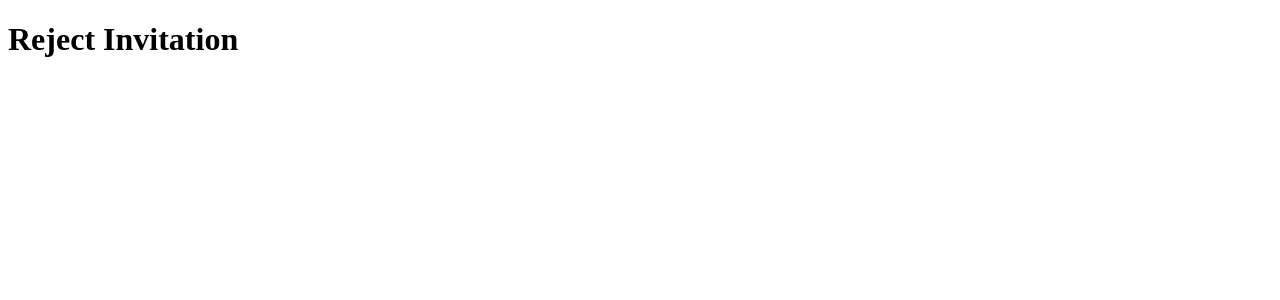
Repository: sravanigunti/Code
Page: http://localhost/LinkedinServicesClient/View/rejectInvitation.jsp
The author's editor kept a copy of each file at every save. The page is drawn from the files as they stood at one save, then again after the next save.
The browser window is 1280 px wide. The pictures show the whole page.
The page is served by Tomcat 9. Other server files are loaded and not shown.

Above is the page before, as saved 2015-05-08 08:14:43.

### Final_linkedIn_Java/LinkedinServicesClient/WebContent/View/rejectInvitation.jsp
<%@ page language="java" contentType="text/html; charset=ISO-8859-1"
    pageEncoding="ISO-8859-1"%>
<!DOCTYPE html PUBLIC "-//W3C//DTD HTML 4.01 Transitional//EN" "http://www.w3.org/TR/html4/loose.dtd">
<html>
<head>
<meta http-equiv="Content-Type" content="text/html; charset=ISO-8859-1">
<title>Reject Invitation</title>
</head>
<body>
<h1>Reject Invitation</h1>
</body>
</html>

After the next save:
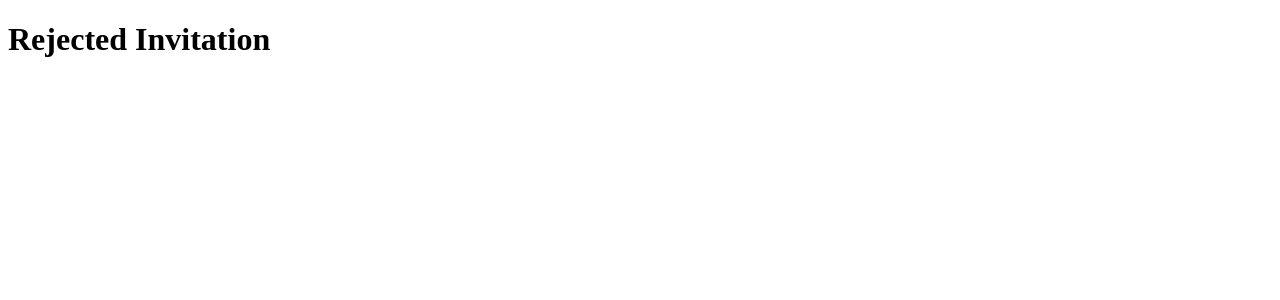
Saved 6 s later.
--- a/Final_linkedIn_Java/LinkedinServicesClient/WebContent/View/rejectInvitation.jsp
+++ b/Final_linkedIn_Java/LinkedinServicesClient/WebContent/View/rejectInvitation.jsp
@@ -7,6 +7,6 @@
 <title>Reject Invitation</title>
 </head>
 <body>
-<h1>Reject Invitation</h1>
+<h1>Rejected Invitation</h1>
 </body>
 </html>
